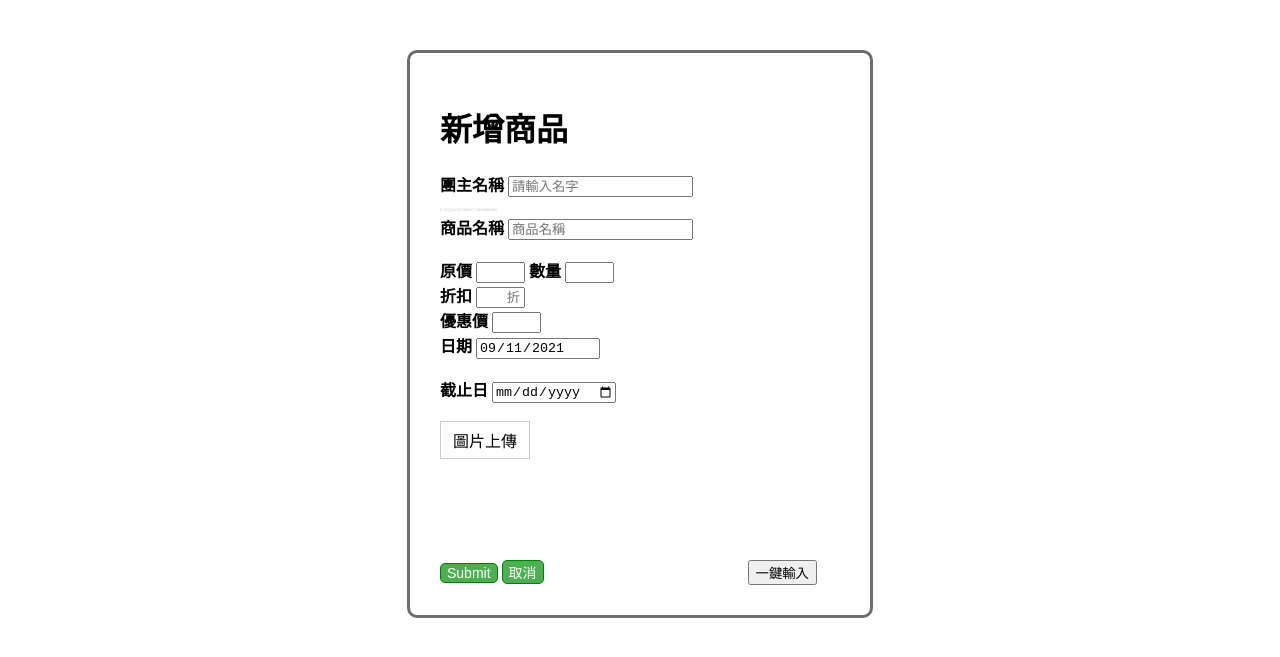
Repository: irlmpbfhvf2009/2021-09-17-Pro2-MVC
Page: http://localhost/Groupon/Manage-add.jsp
An editor plug-in stored every save of this project. The page is shown before and after the next save, followed by the edit.
The browser window is 1280 px wide. The pictures show the whole page.
The page is served by Tomcat 9. Other server files are loaded and not shown.

Above is the page before, as saved 2021-09-14 03:55:21.

### Groupon/src/main/webapp/Manage-add.jsp
<%@ page language="java" contentType="text/html; charset=UTF-8"
	pageEncoding="UTF-8"%>
<!DOCTYPE html>
<html>
<head>
<meta charset="UTF-8">
<title>新增團購</title>
<link rel="stylesheet" href="style.css">
<style>
input[type="file"] {
	position: fixed;
	right: 100%;
	bottom: 100%;
}

.custom-file-upload {
	border: 1px solid #ccc;
	display: inline-block;
	padding: 6px 12px;
	cursor: pointer;
}
img{float=none;}
</style>
</head>

<body>
	<div class="divform">
		<h1>新增商品</h1>
		<form action="./ProServlet" method="post">

			<!-- 團主名稱 -->
			<strong>團主名稱 </strong>
			<input type="text" class="leader" name="leader" required placeholder="請輸入名字">
			<span class="spleader"></span><br><span class="spanText">(1.不可空白2.至少兩個字3.不能有特殊符號)</span><br>

			<!-- 商品名稱 -->
			<strong>商品名稱 </strong><input type="text" name="productName" required class="productname" placeholder="商品名稱">
			<span class="spproductname"></span><br><br>

			<!-- 原價 -->
			<strong>原價 </strong><input type="text" class="price" required name="price" maxlength="6" size="3">

			<!-- 數量 -->
			<strong>數量 </strong><input type="text" name="quantity" required class="quantity" maxlength="3" size="3"><br>

			<!-- 折扣 -->
			<strong>折扣 </strong><input type="text" class="discount" required name="discount" maxlength="2" size="3" placeholder="　　折">
			<span class="spdiscount"></span><br>

			<!-- 優惠價 -->
			<strong>優惠價 </strong><input type="text" class="newprice" name="newprice" size="3" readonly><br>

			<!-- 日期 -->
			<strong>日期 </strong><input type="date" name="date" size="4" id="dt" readonly><br><br>

			<!-- 截止日 -->
			<strong>截止日 </strong><input type="date" required name="deadline" size="4" id="dat" ><br><br>

			<!-- 圖片 -->
			<div>
			<label for="file-upload" class="custom-file-upload"><i class="fa fa-cloud-upload"></i> 圖片上傳</label>
			<input id="file-upload" type="file" name="img" class="upl" />
			    <div>
        			<img class="preview" style="max-width: 150px; max-height: 150px;">
       				 <div class="size"></div>
    			</div>
			</div><br><br>

			<!-- 按鈕 -->
			<input type="submit" id="sbtn" name="gSubmit" style="margin-top: 50px;" class="sgbtn">
			<a href="Home.jsp"><input type="button" name="cancel" class="sgbtn" value="取消"></a>
			<input type="button" class="ssgbtn" value="一鍵輸入" style="margin-left:200px">
		</form>
	</div>
	<script src="https://code.jquery.com/jquery-3.6.0.js"></script>
	<script>
    	document.getElementById("dt").valueAsDate = new Date();

	$(function(){
		// 優惠價計算
		$('.price,.discount').on('change blur focus load',function(){
		if($('.discount').val()<10){
			$('.newprice').val(parseInt($('.price').val()*$('.discount').val()/10));
			$('.spdiscount').html('');
		}else if($('.discount').val()>10&&$('.discount').val()<100){
			$('.newprice').val(parseInt($('.price').val()*$('.discount').val()/100));
			$('.spdiscount').html('');
		}else{
			$('.spdiscount').html("<img style='width:15px' src='https://cdn-icons-png.flaticon.com/128/753/753345.png'>格式錯誤");
		}
		});
		// 團主姓名驗證
			$('.leader').on('blur',function(){
		let leaderval = $('.leader').val();
		let leaderlen = leaderval.length;
		if(leaderlen==0){
			$('.spleader').html("<img style='width:15px' src='https://cdn-icons-png.flaticon.com/128/753/753345.png'>不可空白")
		}else if(leaderlen<2){
			$('.spleader').html("<img style='width:15px' src='https://cdn-icons-png.flaticon.com/128/753/753345.png'>長度不足")
		}else if(leaderlen>1){
			for(let i=0;i<leaderlen;i++){
				let ch = leaderval.charCodeAt(i);
 				if (ch >= 0x4e00 && ch <= 0x9fff) {flag = true;}
 				else {flag = false; break;}
			}
			if (flag){$('.spleader').html("<img style='width:15px' src='https://cdn-icons-png.flaticon.com/128/1828/1828640.png'>")}
			else {$('.spleader').html("<img style='width:15px' src='https://cdn-icons-png.flaticon.com/128/753/753345.png'>格式錯誤")}
		}
	});
		// 產品名稱不能為空
		$('.productname').on('blur',function(){
				let productname = $('.productname').val();
				if(productname.length==0){
			$('.spproductname').html("<img style='width:15px' src='https://cdn-icons-png.flaticon.com/128/753/753345.png'>不可空白")
				}else{
			$('.spproductname').html("<img style='width:15px' src='https://cdn-icons-png.flaticon.com/128/1828/1828640.png'>")
				}
	});


        $('.ssgbtn').on('click',function(){
            let firstname=["李","西門","沈","張","上官","司徒","歐陽","軒轅","趙", "錢", "孫", "周", "吳", "鄭", "王", "馮", "陳","元", "卜", "顧", "孟", "平", "黃", "和", "穆", "蕭", "尹"];
            let name=["彪","巨昆","銳","翠花","小小","撒撒","熊大","寶強","子璇", "淼", "國棟", "夫子", "瑞堂", "甜", "敏", "尚", "國賢", "賀祥", "晨濤","建林", "亦菲", "林", "冰潔", "佳欣", "涵涵", "禹辰", "淳美", "澤惠", "偉洋"];
            let a = firstname[Math.floor(Math.random() * (firstname.length))];
            let b = name[Math.floor(Math.random() * (name.length))];
            $('.leader').val(a+b);
            //商品名
            $('.quantity').val(Math.floor(Math.random()*100)+10);
            $('.price').val(Math.floor(Math.random()*1000)+100);
            $('.discount').val(Math.floor(Math.random()*9)+1);
            if($('.discount').val()<10){
    			$('.newprice').val(parseInt($('.price').val()*$('.discount').val()/10));
    			$('.spdiscount').html('');
    		}else if($('.discount').val()>10&&$('.discount').val()<100){
    			$('.newprice').val(parseInt($('.price').val()*$('.discount').val()/100));
    			$('.spdiscount').html('');
    		}else{
    			$('.spdiscount').html("<img style='width:15px' src='https://cdn-icons-png.flaticon.com/128/753/753345.png'>格式錯誤");
    		}
			let productname=["【GROUPON】鐵板燒香魚/碳烤魷魚條 2包/5包",
				"【蛋塔工場】蛋塔12入:頂級用料 冰或熱都好吃",
				"NIKE AF1/1 男休閒鞋 CV1758100/DD2429001 兩色可選",
				"刮鬍刀 德國設計 4D防水三刀頭電刮鬍刀 全機可水洗 4D浮動三刀頭",
				"馬卡龍攪拌杯🥛神奇可可 控卡 婕樂纖 抖音爆紅",
				"N+Y💕 銀針韓國東大門耳環 垂墜流蘇珠珠款❤️",
				"手作💕撞色質感帆布托特包",
				"日本天然有機NOCOR產前後明星保養組:前導油+修修身體霜+產後按摩油",
				"《K.T.T.》 HL 類國軍公發MICH盔（低耳）抗彈頭盔 抗彈國際NIJ106.3A認證",]
			$('.productname').val(productname[Math.floor(Math.random() * (productname.length))]);
			var y=["2021","2022"];
			var m=["01","02","03","04","05","06","07","08","09","10","11","12"];
			var d=["01","02","03","04","05","06","07","08","09","10","11","12","13","14","15",
			"16","17","18","19","20","21","22","23","24","25","26","27","28"];
			var yy=y[Math.floor(Math.random() * (y.length))];
			var mm=m[Math.floor(Math.random() * (m.length))];
			var dd=d[Math.floor(Math.random() * (d.length))];
			$('#dat').val(yy+'-'+mm+'-'+dd);
        })
            function format_float(num, pos){
        var size = Math.pow(10, pos);
        return Math.round(num * size) / size;}
    function preview(input) {
        if (input.files && input.files[0]) {
            var reader = new FileReader();
            reader.onload = function (e) {
                $('.preview').attr('src', e.target.result);
                var KB = format_float(e.total / 1024, 2);
                $('.size').text("檔案大小：" + KB + " KB");}
            reader.readAsDataURL(input.files[0]);}}
    $("body").on("change", ".upl", function (){preview(this);})
	})
	</script>
</body>
</html>

### Groupon/src/main/webapp/style.css
@charset "UTF-8";
.sgbtn {
	background-color: #4CAF50;
	border: 1px solid green;
	border-radius: 5px;
	color: white;
	text-align: center;
	display: inline-block;
	font-size: 14px;
	cursor: pointer;
	}
nav{
	background-color:lightgray;
	height:50px;
	margin:0 auto;
	padding:0 auto;
	}
nav a {color: black;
	text-decoration: none;
	display: inline-block;
	padding: 6px 20px;
	font-size: 26px;
	background-color: lightgray;
	transition: 0.5s;
	}
nav a:hover {
	background-color: gray;
	}
.divform {
	margin:0 auto;margin-top: 50px;
	padding:30px;
	border: 3px solid rgb(111, 108, 108);
    border-radius: 10px;
    border-collapse: collapse;
	width: 400px;
	}
.divlist {
	margin-left:100px;
	margin-top: 10px;
	padding: 50px;
	width: 600px;
	height: 100px;
	font-size:20px;
}

.newpriceShow{
	font-size:22px;color:red;
	}
.priceShow{
	color:red;
	font-size:20px;
	text-decoration:line-through;
	}
.bor{
	width:600px
	}
.spanText {
	font-size: 3px;
	color: silver;
}

table {
	margin: auto;
	margin-top: 50px;
}

th, td {
	border: 1px solid;
	background-color: rgb(191, 216, 206);
	text-align: center;
}

After the next save:
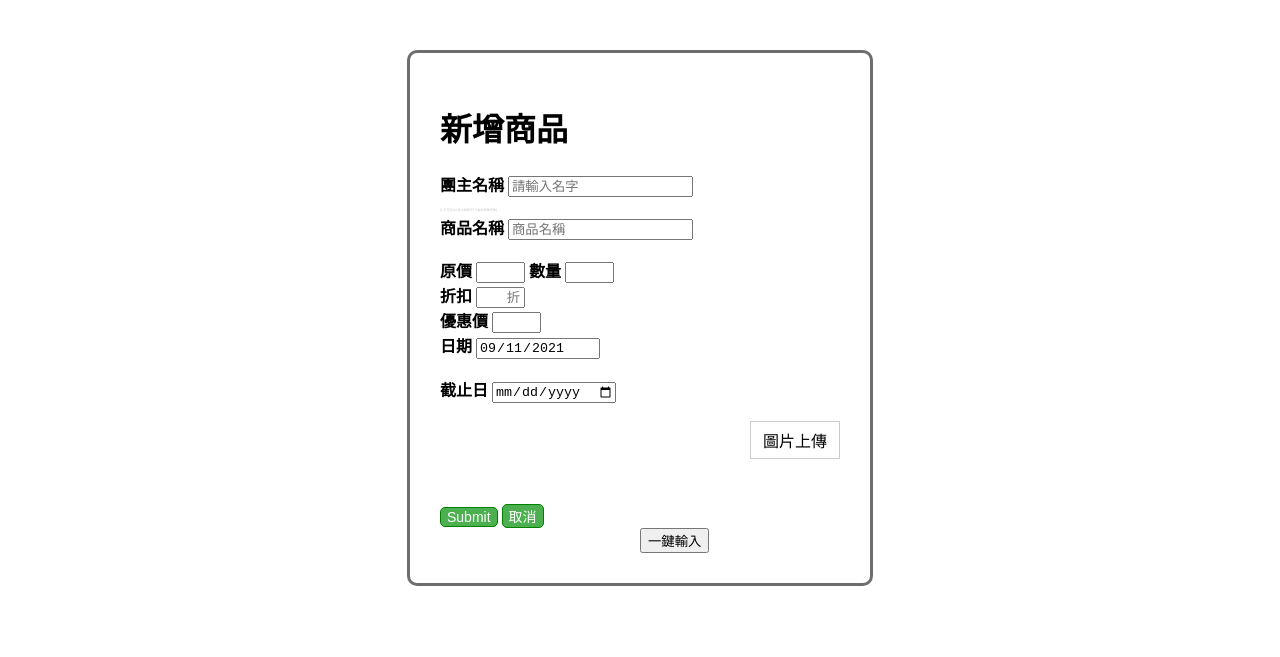
Saved 73 s later.
--- a/Groupon/src/main/webapp/Manage-add.jsp
+++ b/Groupon/src/main/webapp/Manage-add.jsp
@@ -57,7 +57,7 @@
 			<strong>截止日 </strong><input type="date" required name="deadline" size="4" id="dat" ><br><br>
 
 			<!-- 圖片 -->
-			<div>
+			<div style="float:right;">
 			<label for="file-upload" class="custom-file-upload"><i class="fa fa-cloud-upload"></i> 圖片上傳</label>
 			<input id="file-upload" type="file" name="img" class="upl" />
 			    <div>

After the save that followed:
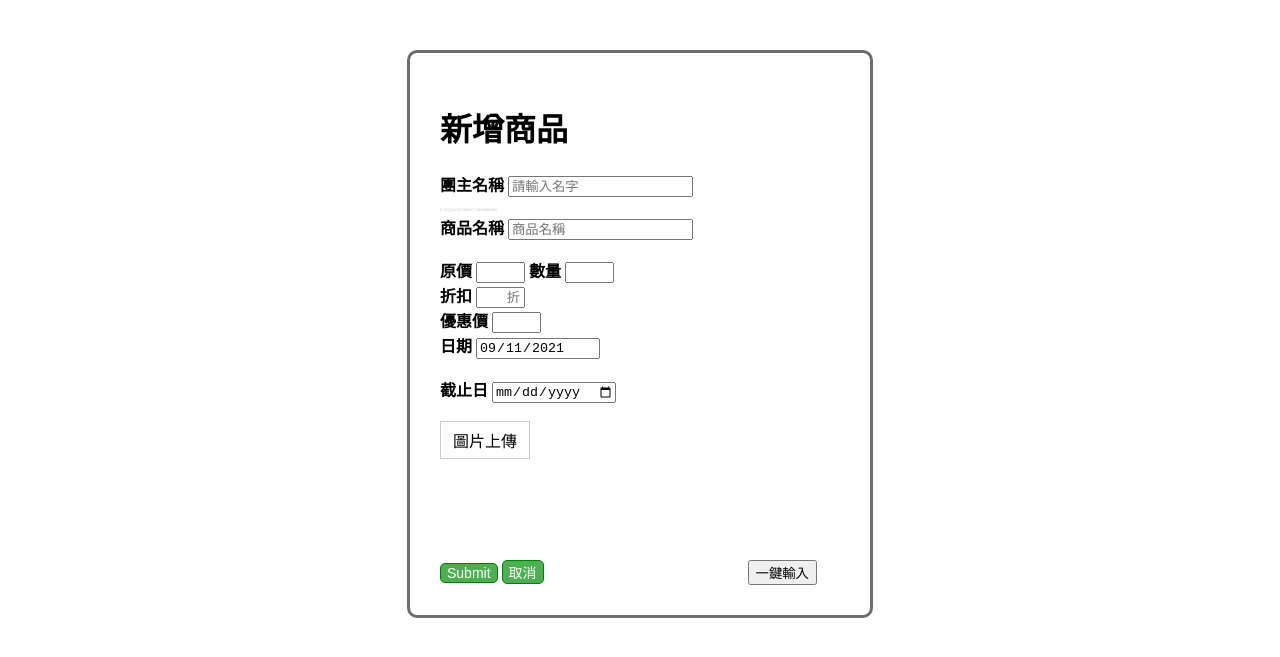
Saved 8 min 52 s later.
--- a/Groupon/src/main/webapp/Manage-add.jsp
+++ b/Groupon/src/main/webapp/Manage-add.jsp
@@ -57,7 +57,7 @@
 			<strong>截止日 </strong><input type="date" required name="deadline" size="4" id="dat" ><br><br>
 
 			<!-- 圖片 -->
-			<div style="float:right;">
+			<div style="right:0;top:0">
 			<label for="file-upload" class="custom-file-upload"><i class="fa fa-cloud-upload"></i> 圖片上傳</label>
 			<input id="file-upload" type="file" name="img" class="upl" />
 			    <div>
